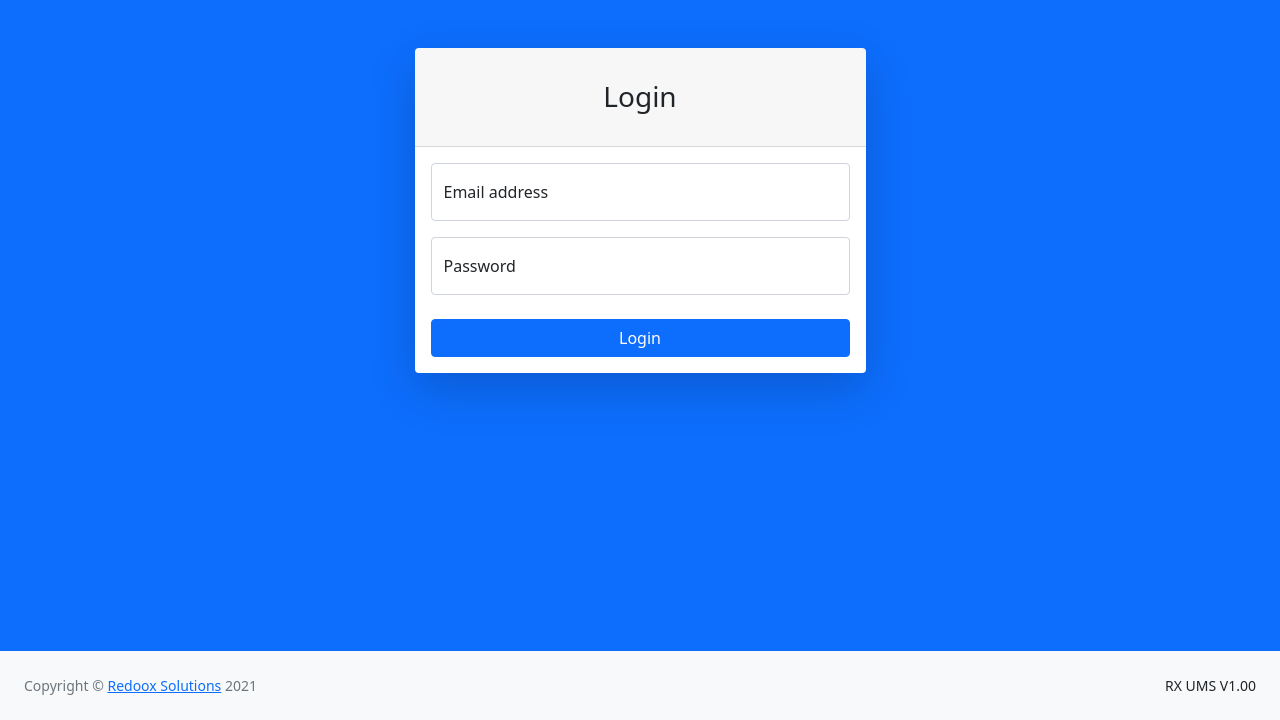
Repository: beroge/proactiveIT
Page: http://localhost/admin/login.php
These files come from the project's save history. The page is drawn as it stood at one moment and after the next save; the edit follows.
The browser window is 1280 px wide. The pictures show the whole page.
The page is run by PHP 8.4 with error messages shown; the project is at /var/www/html/.

Above is the page before, as saved 2023-05-07 15:38:11.

After the next save:
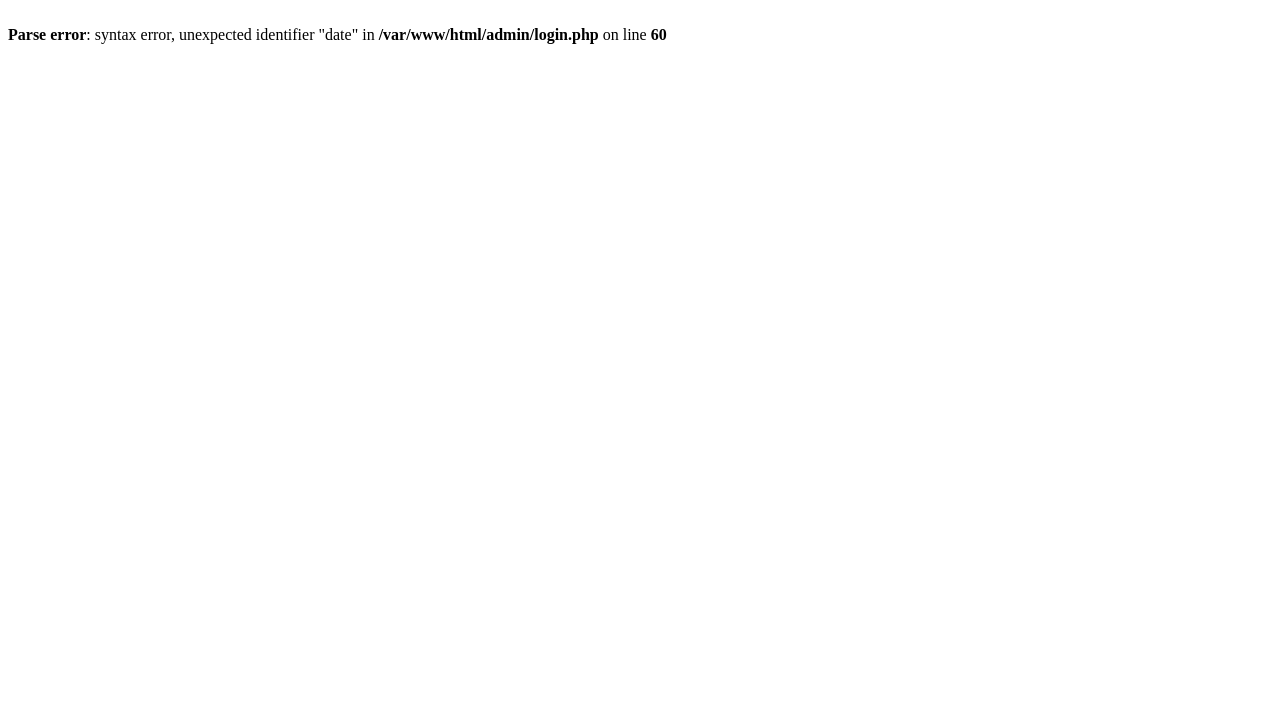
Saved 48 s later.
--- a/admin/login.php
+++ b/admin/login.php
@@ -57,9 +57,9 @@
                 <footer class="py-4 bg-light mt-auto">
                     <div class="container-fluid px-4">
                         <div class="d-flex align-items-center justify-content-between small">
-                            <div class="text-muted">Copyright &copy; <a href="https://www.redoox.com" target="_blank">Redoox Solutions</a> 2021</div>
+                        <div class="text-muted">Copyright &copy;<?php ech date('Y') ?> <a href="https://www.pc-nm.com" target="_blank"> Performance Computers</a></div>
                             <div>
-                                RX UMS V1.00
+                                ProActiveIT V1.0
                             </div>
                         </div>
                     </div>

After the save that followed:
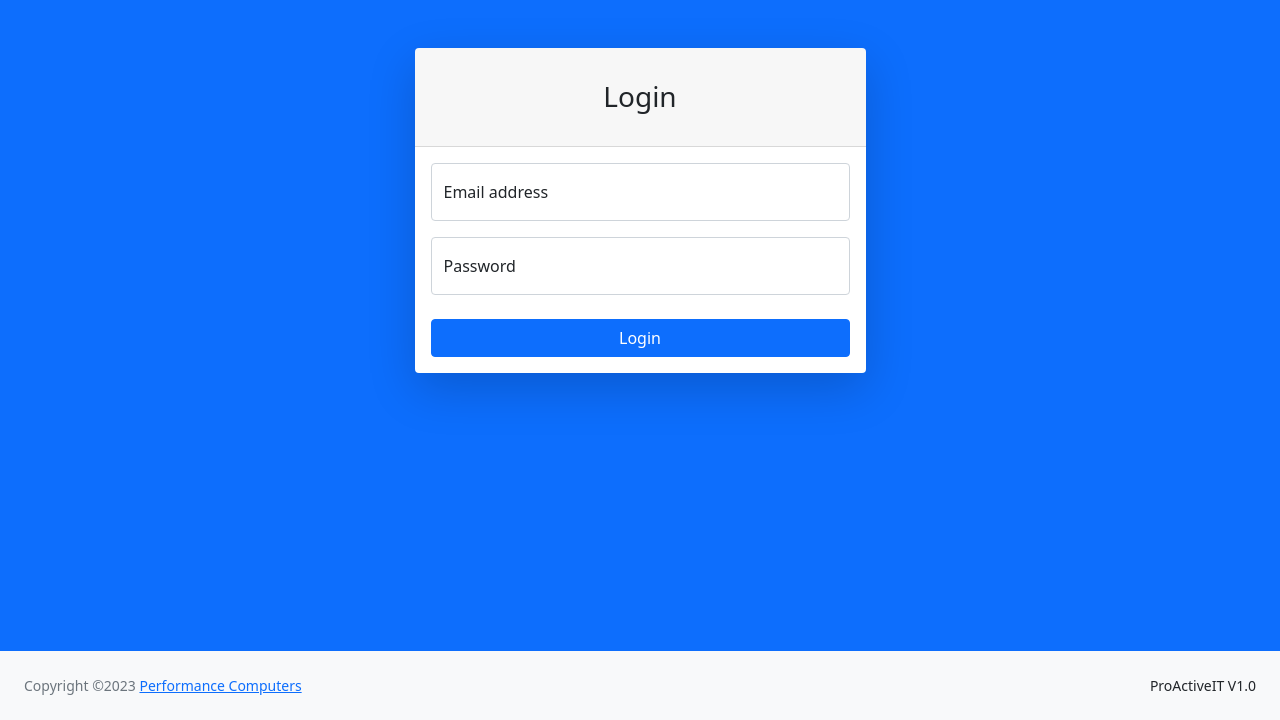
Saved 13 s later.
--- a/admin/login.php
+++ b/admin/login.php
@@ -57,7 +57,7 @@
                 <footer class="py-4 bg-light mt-auto">
                     <div class="container-fluid px-4">
                         <div class="d-flex align-items-center justify-content-between small">
-                        <div class="text-muted">Copyright &copy;<?php ech date('Y') ?> <a href="https://www.pc-nm.com" target="_blank"> Performance Computers</a></div>
+                        <div class="text-muted">Copyright &copy;<?php echo date('Y') ?> <a href="https://www.pc-nm.com" target="_blank"> Performance Computers</a></div>
                             <div>
                                 ProActiveIT V1.0
                             </div>
